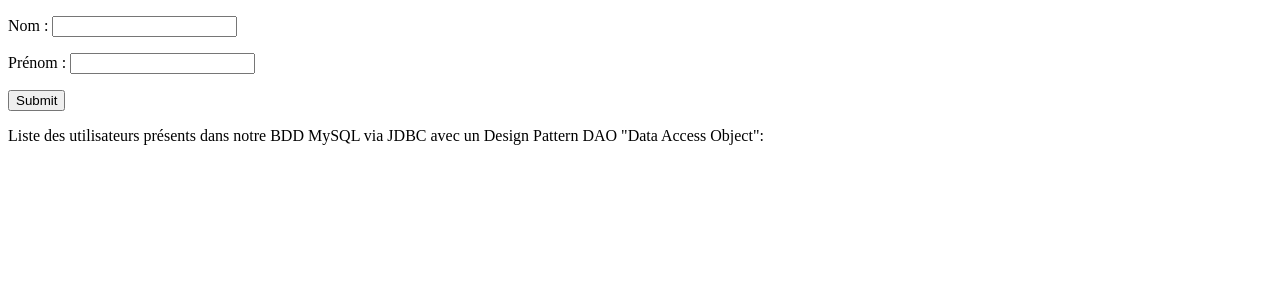
Repository: Javeuch/OpenclassroomJavaEE
Page: http://localhost/test/testDAO
The author's editor kept a copy of each file at every save. The page is drawn from the files as they stood at one save, then again after the next save.
The browser window is 1280 px wide. The pictures show the whole page.
The page is served by Tomcat 9. Queries for data that is not in the repository find no rows.

Above is the page before, as saved 2022-04-27 10:15:48.

After the next save:
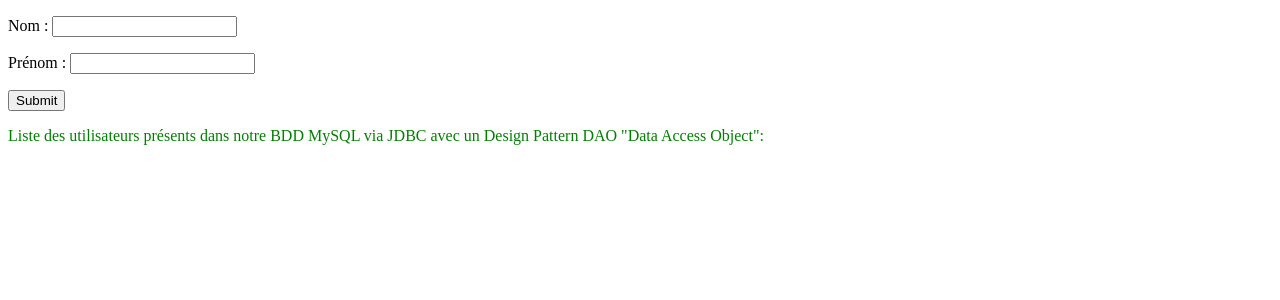
Saved 5 min 14 s later.
--- a/openclassroomsJavaee/test/WebContent/WEB-INF/testDAO.jsp
+++ b/openclassroomsJavaee/test/WebContent/WEB-INF/testDAO.jsp
@@ -20,7 +20,7 @@
 		<input type="submit" />
 	</form>
 
-<p> Liste des utilisateurs présents dans notre BDD MySQL via JDBC avec un Design Pattern DAO "Data Access Object": </p>
+<p style ="color:green;"> Liste des utilisateurs présents dans notre BDD MySQL via JDBC avec un Design Pattern DAO "Data Access Object": </p>
 	<ul>
 		<c:forEach var="utilisateur" items="${ utilisateurs }">
 			<li>

After the 2 saves that followed:
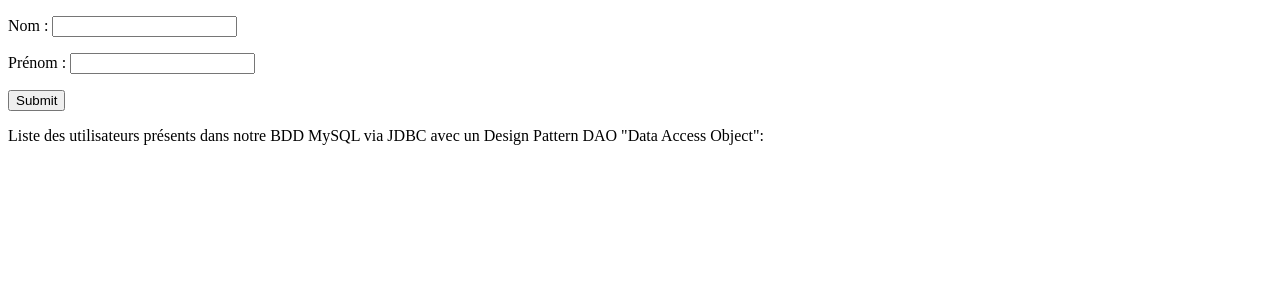
The 2 saves are shown as one change because 1 left the picture as it was.
The last was saved 79 s later.
--- a/openclassroomsJavaee/test/WebContent/WEB-INF/testDAO.jsp
+++ b/openclassroomsJavaee/test/WebContent/WEB-INF/testDAO.jsp
@@ -20,7 +20,7 @@
 		<input type="submit" />
 	</form>
 
-<p style ="color:green;"> Liste des utilisateurs présents dans notre BDD MySQL via JDBC avec un Design Pattern DAO "Data Access Object": </p>
+<p style="color:green, italic;"> Liste des utilisateurs présents dans notre BDD MySQL via JDBC avec un Design Pattern DAO "Data Access Object": </p>
 	<ul>
 		<c:forEach var="utilisateur" items="${ utilisateurs }">
 			<li>
